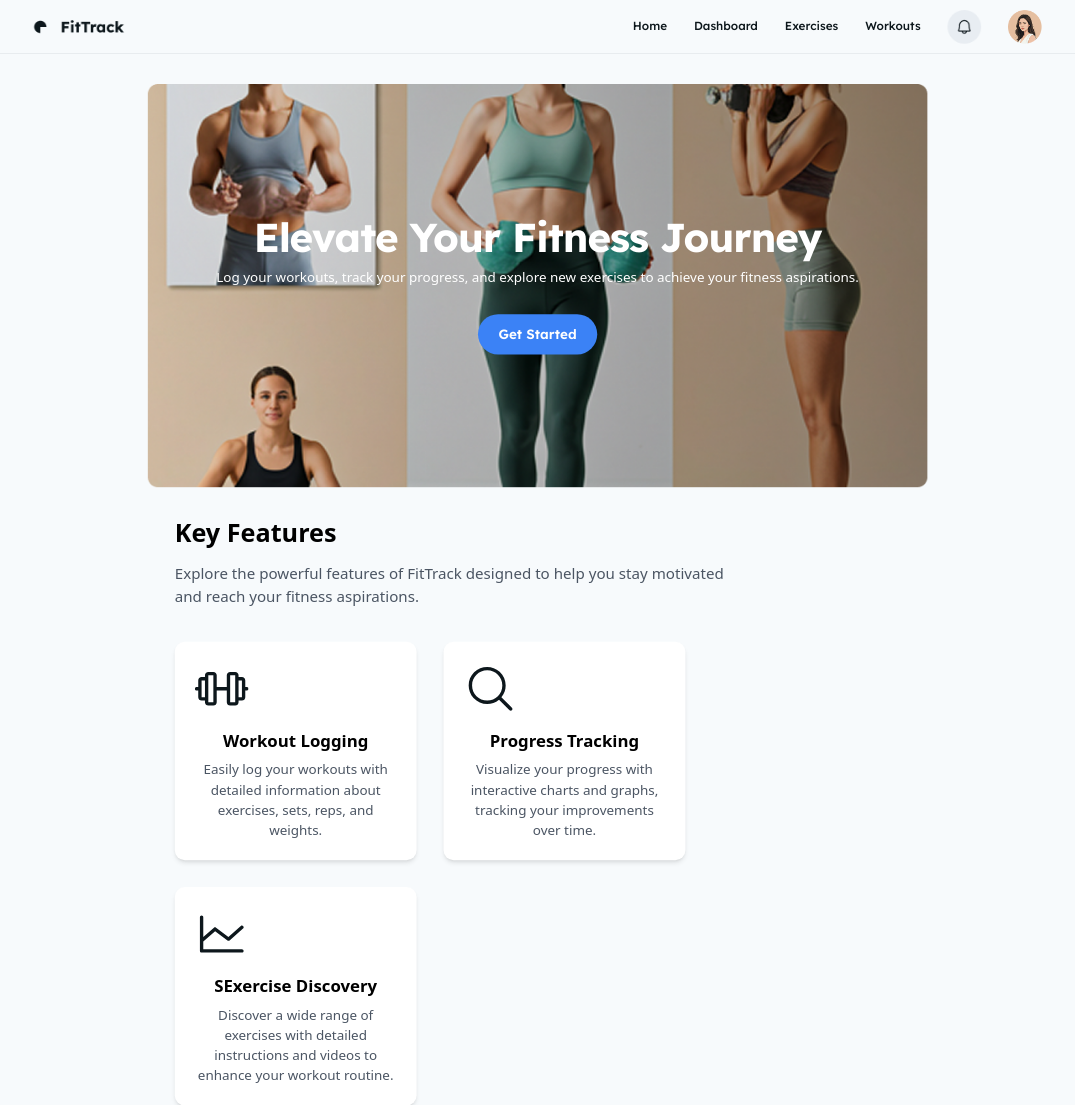
Repository: Emy-gold/fitness-tracking-platform
Page: /
The author's editor kept a copy of each file at every save. The page is drawn from the files as they stood at one save, then again after the next save.
The browser window is 1280 px wide. The pictures show the whole page, at 84% of full size.
The project was rebuilt for these pictures with package versions that can differ from the ones it lists, and the page was loaded fresh each time. Also part of the build but not shown: vite.config.js, src/Pages/Dashboard.jsx, src/Pages/Exercises.jsx, src/Pages/Workouts.jsx, src/components/Footer.jsx.

Above is the page before, as saved 2025-08-24 23:19:22.

After the next save:
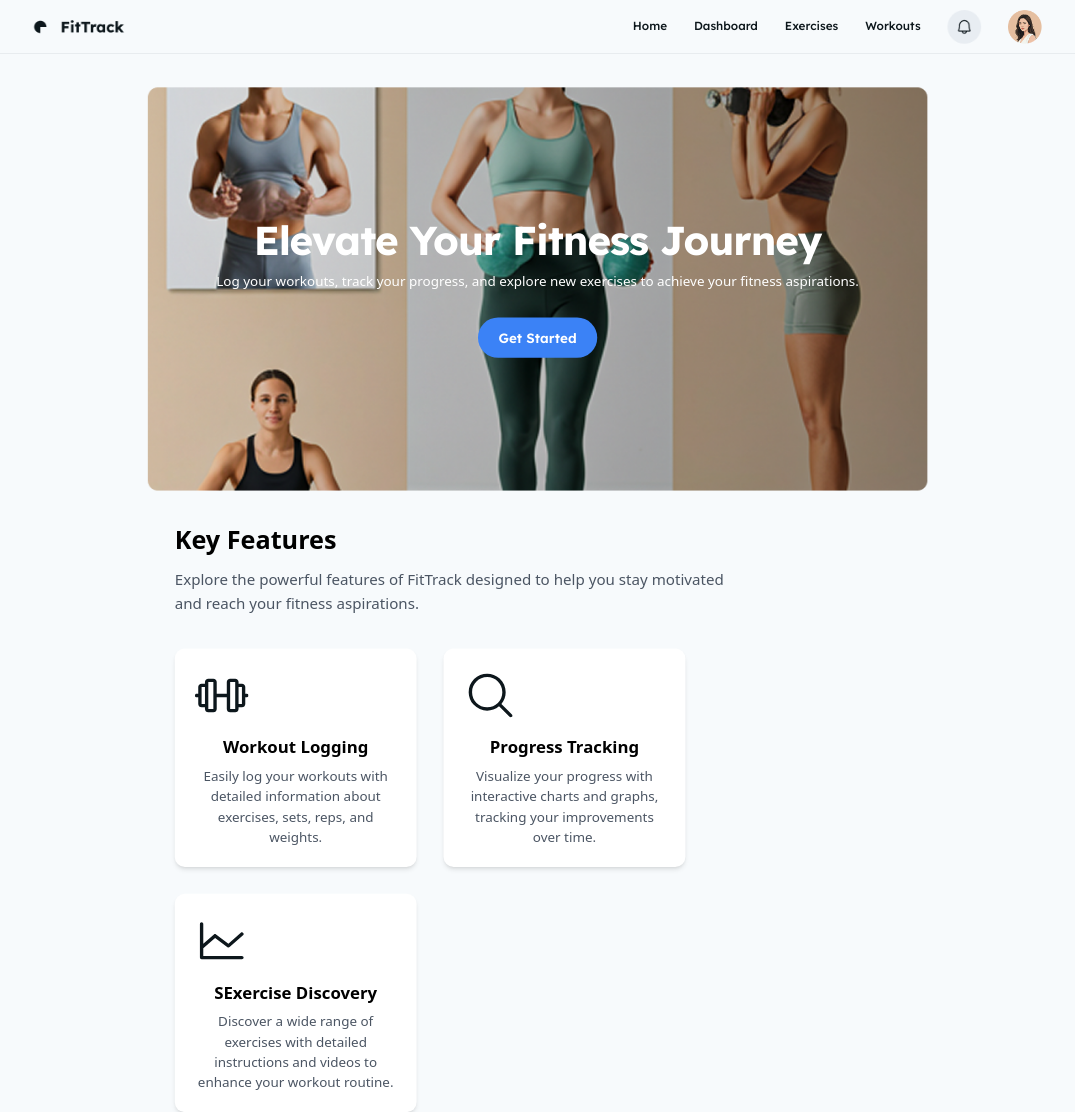
Saved 6 s later.
--- a/src/Pages/Home.jsx
+++ b/src/Pages/Home.jsx
@@ -16,7 +16,7 @@ function Home() {
         <>
             <main className='flex flex-col justify-center px-40'>
 
-                <section className='my-9 relative flex justify-center'>
+                <section className='my-10 relative flex justify-center'>
                     <img src={homepic} className="" />
                     <div className="absolute inset-0 flex flex-col justify-center text-center text-white">
                         <h1 className='text-5xl font-lexend font-bold mb-3 tracking-tight '>Elevate Your Fitness Journey</h1>
